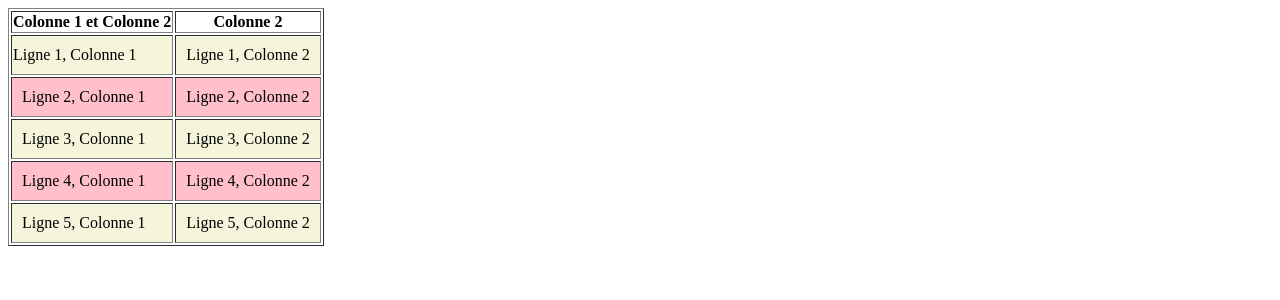
Repository: Chaimaa482/web-tp4
Page: ex1.html
These files come from the project's save history. The page is drawn as it stood at one moment and after the next save; the edit follows.
The browser window is 1280 px wide. The pictures show the whole page.

Above is the page before, as saved 2023-10-22 15:47:42.

### ex1.html
<!DOCTYPE html>
<html>
<head>
</head>
<body>
    <table id="myTable" border="1">
        <tr>
            <th>Colonne 1</th>
            <th>Colonne 2</th>
        </tr>
        <tr>
            <td>Ligne 1, Colonne 1</td>
            <td>Ligne 1, Colonne 2</td>
        </tr>
        <tr>
            <td>Ligne 2, Colonne 1</td>
            <td>Ligne 2, Colonne 2</td>
        </tr>
        <tr>
            <td>Ligne 3, Colonne 1</td>
            <td>Ligne 3, Colonne 2</td>
        </tr>
        <tr>
            <td>Ligne 4, Colonne 1</td>
            <td>Ligne 4, Colonne 2</td>
        </tr>
        <tr>
            <td>Ligne 5, Colonne 1</td>
            <td>Ligne 5, Colonne 2</td>
        </tr>
    </table>

    <script>
        var table = document.getElementById("myTable");
        var cells = table.getElementsByTagName("td");

         var firstRow = table.rows[0];
    var firstCell = firstRow.cells[0];
    firstCell.innerHTML = "Colonne 1 et Colonne 2"

        // Donner une couleur de fond rose aux lignes paires et beige aux lignes impaires
        var rows = table.querySelectorAll("tr");
        for (var i = 1; i < rows.length; i++) {
            if (i % 2 === 0) {
                rows[i].style.backgroundColor = "pink";
            } else {
                rows[i].style.backgroundColor = "beige";
            }
        }

        // Donner une classe col1 aux colonnes paires et col2 aux colonnes impaires
        var cellsCol1 = table.getElementsByClassName("col1");
        var cellsCol2 = table.getElementsByClassName("col2");
        for (var i = 0; i < cells.length; i++) {
            if (i % 2 === 0) {
                cells[i].className = "col1";
            } else {
                cells[i].className = "col2";
            }
        }

        // Augmenter le padding de toutes les cellules sauf celles de la première ligne
        for (var i = 1; i < cells.length; i++) {
            cells[i].style.padding = "10px";
        }
    </script>
</body>
</html>

After the next save:
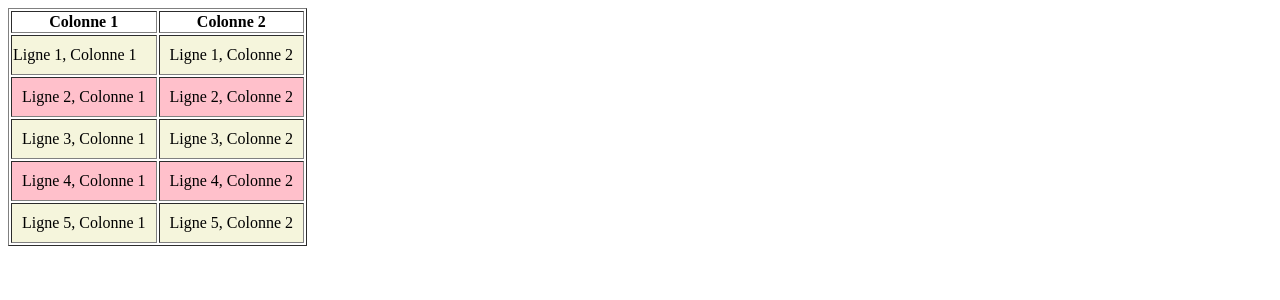
Saved 6 s later.
--- a/ex1.html
+++ b/ex1.html
@@ -34,10 +34,6 @@
         var table = document.getElementById("myTable");
         var cells = table.getElementsByTagName("td");
 
-         var firstRow = table.rows[0];
-    var firstCell = firstRow.cells[0];
-    firstCell.innerHTML = "Colonne 1 et Colonne 2"
-
         // Donner une couleur de fond rose aux lignes paires et beige aux lignes impaires
         var rows = table.querySelectorAll("tr");
         for (var i = 1; i < rows.length; i++) {
